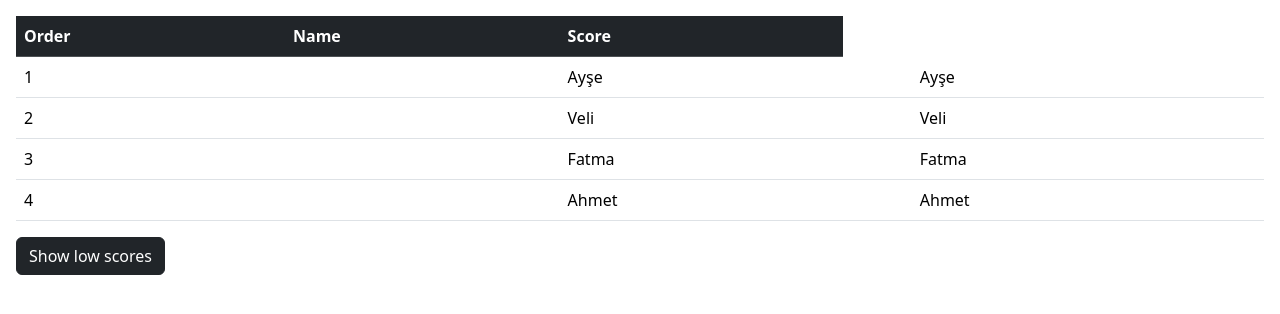
Repository: GorkemTurhan89/jsTutorial
Page: day17/72-dom4.html
An editor plug-in stored every save of this project. The page is shown before and after a run of saves, followed by the edit.
The browser window is 1280 px wide. The pictures show the whole page.

Above is the page before, as saved 2024-06-22 13:54:52.

### day17/72-dom4.html
<!DOCTYPE html>
<html lang="en">
<head>
    <meta charset="UTF-8">
    <meta name="viewport" content="width=device-width, initial-scale=1.0">
    <title>DOM</title>
    <link href="https://cdn.jsdelivr.net/npm/bootstrap@5.3.3/dist/css/bootstrap.min.css" rel="stylesheet" integrity="sha384-QWTKZyjpPEjISv5WaRU9OFeRpok6YctnYmDr5pNlyT2bRjXh0JMhjY6hW+ALEwIH" crossorigin="anonymous">
</head>
<body class="p-3">

    <table id="tblStudents" class="table">
        <thead class="table-dark">
            <tr>
                <th>Order</th>
                <th>Name</th>
                <th>Score</th>
            </tr>
        </thead>
        <tbody></tbody>
    </table>
    <button id="btnShowLowScores" class="btn btn-dark">Show low scores</button>

    <script type="module" src="js/script-70.js">

    </script>
</body>
</html>

### day17/js/script-70.js
import {students} from "./student.js"

document.getElementById("btnShowLowScores").addEventListener("click",()=>{

    setRowColorsForLowScores();

});

const setRowColorsForLowScores =() =>{

    const tableRows = document.querySelectorAll("#tblStudents tbody tr")
}


const loadData =()=>{
    let html="";

    students.forEach((student,index)=>{

        html+=`     <tr>
                    <td>${index+1}<td>
                    <td>${student.name}<td>
                    <td>${student.name}<td>
                    </tr>`;


    })

    const tbody = document.querySelector("#tblStudents tbody");
    tbody.innerHTML=html;
}
loadData();

### day17/js/student.js
export const students = [
    { id: 1, name: "Ayşe", point: 80 },
    { id: 2, name: "Veli", point: 32 },
    { id: 3, name: "Fatma", point: 56 },
    { id: 4, name: "Ahmet", point: 76 },
  ];

After the next 2 saves:
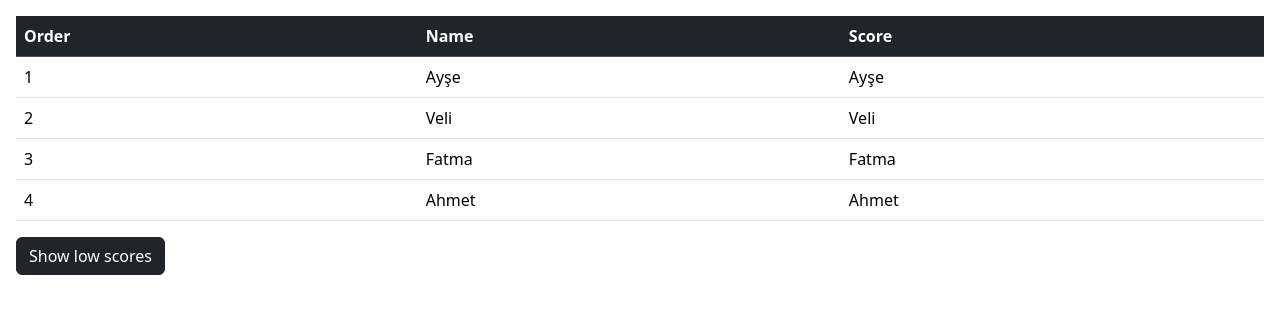
The 2 saves are shown as one change because they came seconds apart.
The last was saved 31 s later.
--- a/day17/js/script-70.js
+++ b/day17/js/script-70.js
@@ -18,9 +18,9 @@ const loadData =()=>{
     students.forEach((student,index)=>{
 
         html+=`     <tr>
-                    <td>${index+1}<td>
-                    <td>${student.name}<td>
-                    <td>${student.name}<td>
+                    <td>${index+1}</td>
+                    <td>${student.name}</td>
+                    <td>${student.name}</td>
                     </tr>`;
 
 
